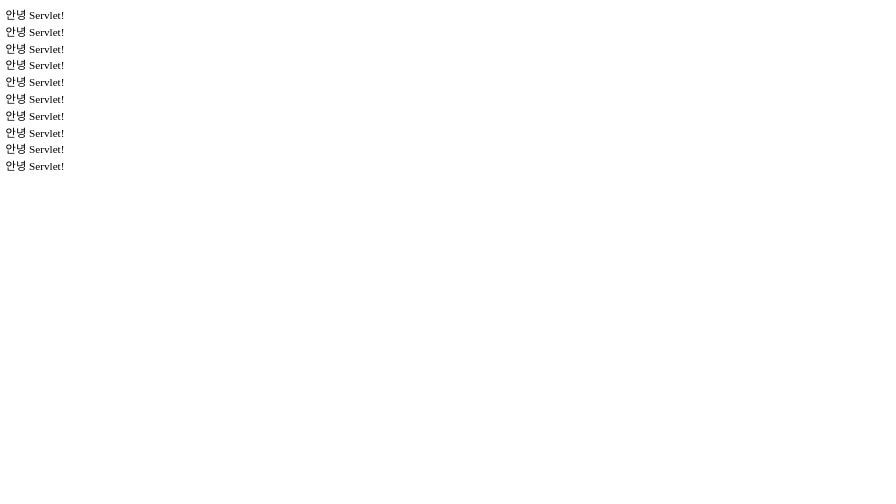
Repository: kwondam/servlet
Page: http://localhost/JSPPrj/nana.jsp
These files come from the project's save history. The page is drawn as it stood at one moment and after a run of saves; the edit follows.
The browser window is 1280 px wide. The pictures show the part of the page from y = 0 to 1920 px (the page is 720 px tall before and 2656 px after), at 70% of full size.
The page is served by Tomcat 9. Nobody is signed in. The application's start-up code is not run. Other server files are loaded and not shown.

Above is the page before, as saved 2020-03-28 07:24:00.

### workspace/JSPPrj/WebContent/nana.jsp
<%@ page language="java" contentType="text/html; charset=UTF-8"
    pageEncoding="UTF-8"%>
<%





%>



<!DOCTYPE html>
<html>
<head>
<meta charset="UTF-8">
<title>Insert title here</title>
</head>
<body>
	<%for(int i=0; i<10; i++){ %>
	안녕 Servlet! <br >
	<%} %>
</body>
</html>

After the next 3 saves:
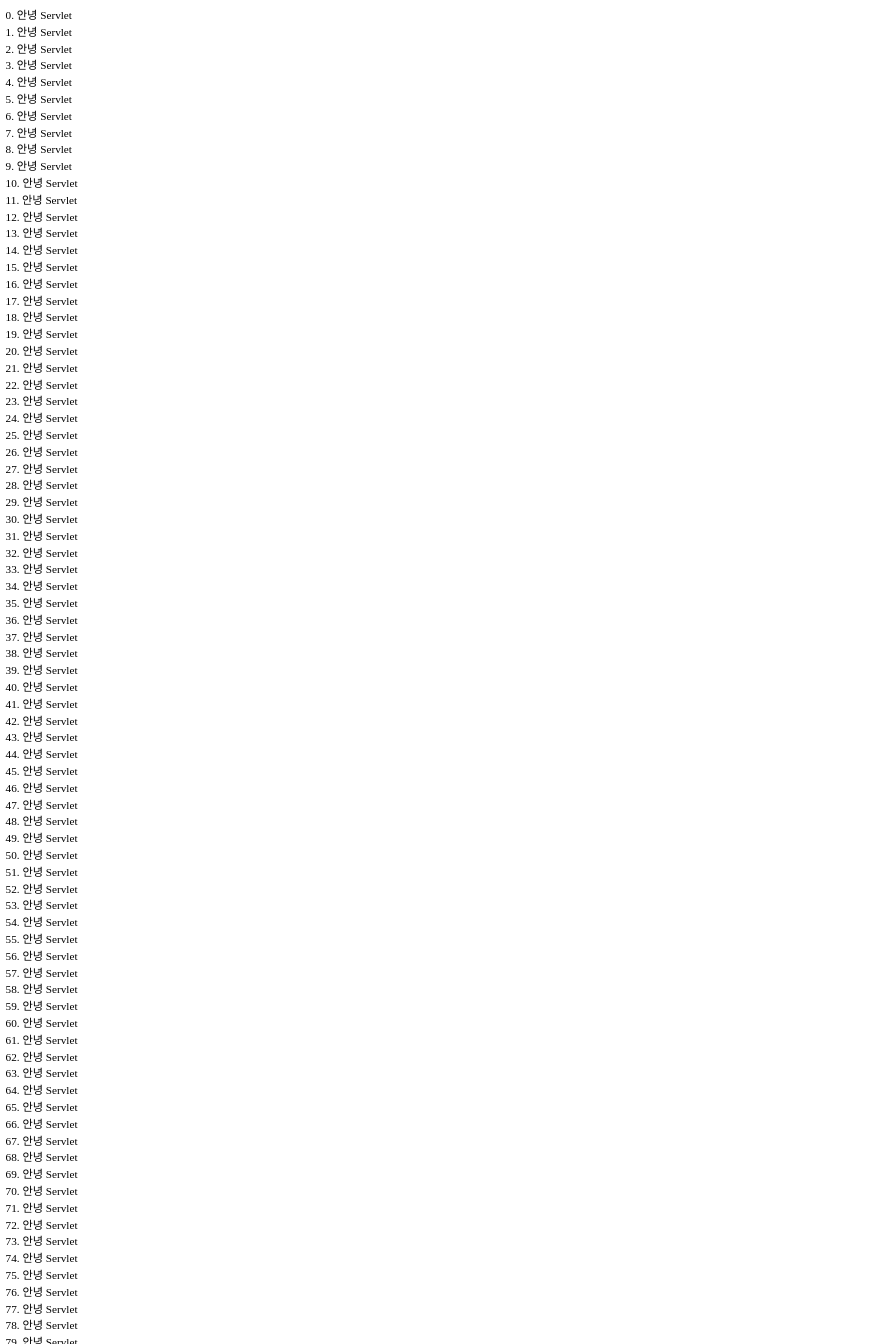
The 3 saves are shown as one change because 2 did not build or start.
The last was saved 44 s later.
--- a/workspace/JSPPrj/WebContent/nana.jsp
+++ b/workspace/JSPPrj/WebContent/nana.jsp
@@ -2,9 +2,15 @@
     pageEncoding="UTF-8"%>
 <%
 
+String cnt_ = request.getParameter("cnt");
+int cnt=100;
+if(cnt_ !=null&& !cnt_.contentEquals("")) {
+	cnt = Integer.parseInt(cnt_);
+}
 
-
-
+for(int i=0; i<cnt; i++) {
+	out.println(i+ ". 안녕 Servlet<br/>");
+}
 
 %>
 

After the save that followed:
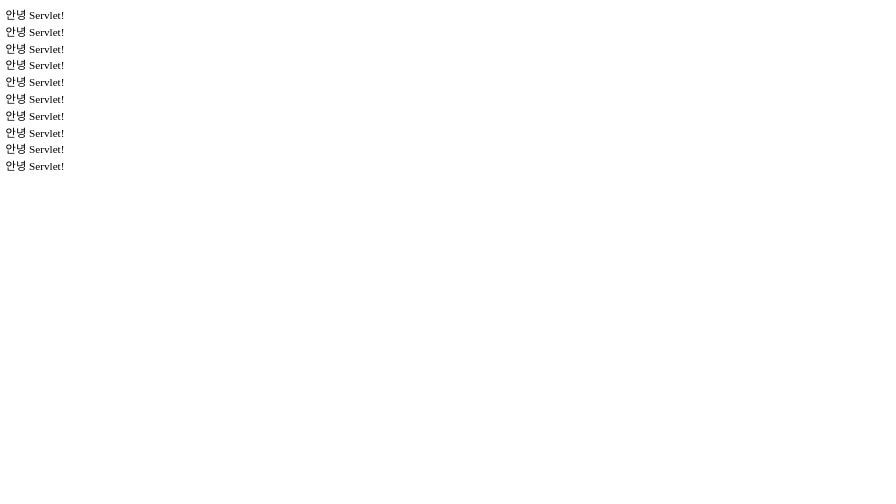
Saved 24 s later.
--- a/workspace/JSPPrj/WebContent/nana.jsp
+++ b/workspace/JSPPrj/WebContent/nana.jsp
@@ -8,9 +8,6 @@
 	cnt = Integer.parseInt(cnt_);
 }
 
-for(int i=0; i<cnt; i++) {
-	out.println(i+ ". 안녕 Servlet<br/>");
-}
 
 %>
 
